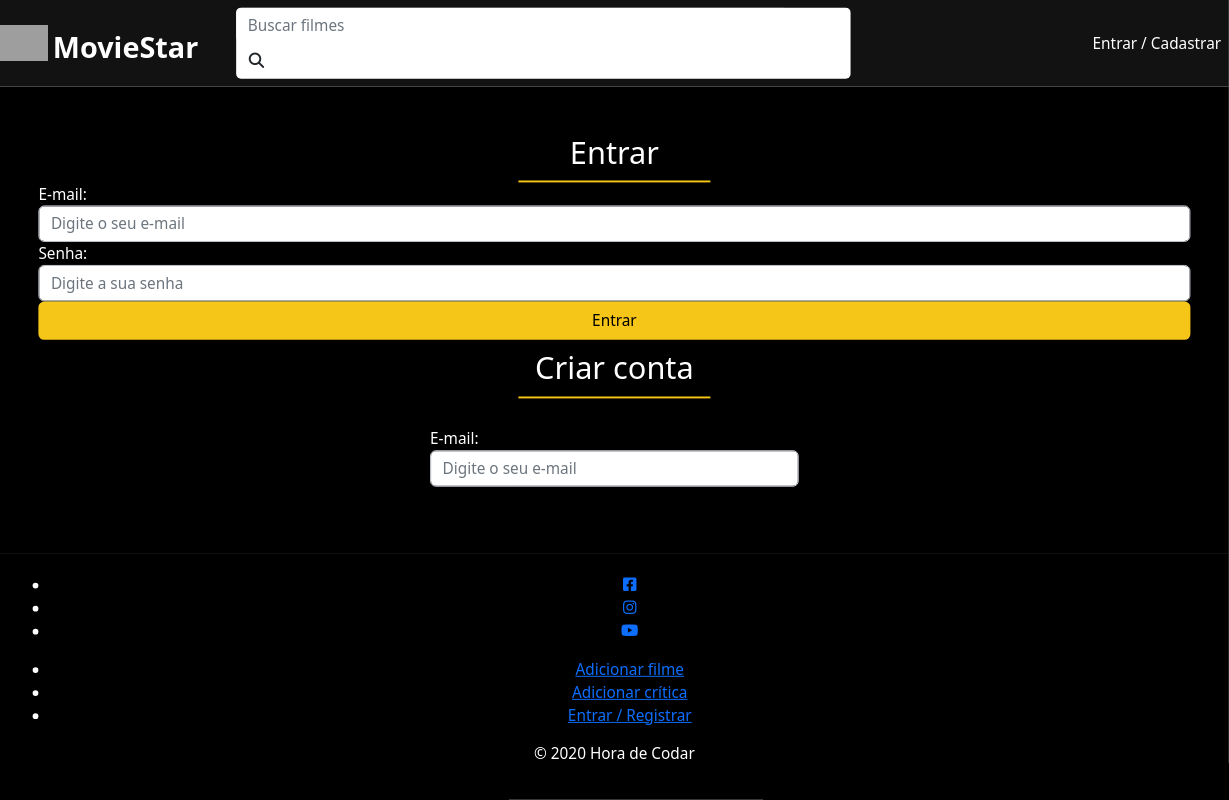
Repository: YuriSarmanho/PHPcourse
Page: http://localhost/auth.php
An editor plug-in stored every save of this project. The page is shown before and after a run of saves, followed by the edit.
The browser window is 1280 px wide. The pictures show the whole page, at 96% of full size.
Pictures or frames that could not be fetched are drawn as grey boxes. Some web libraries are served in a nearby version. The page is run by PHP 8.4 with error messages shown; the project is at /var/www/html/.

Above is the page before, as saved 2022-08-28 21:05:10.

### 19_movieStar/auth.php
<?php
    require_once("templates/header.php");
?>

<div id="main-container" class="container-fluid">
    <div class="col-md-12">
        <div class="row" id="auth-row">
            <div class="col-md-4" id="login-container">
                <h2>Entrar</h2>
            </div>
            <form action="" method="POST">
                <input type="hidden" name="type" value="login">
                <div class="form-group">
                    <label for="email">E-mail:</label>
                    <input type="email" class="form-control" id="email" name="email" placeholder="Digite o seu e-mail">
                </div>
                <div class="form-group">
                    <label for="password">Senha:</label>
                    <input type="password" class="form-control" id="password" name="password" placeholder="Digite a sua senha">
                </div>
                <input type="submit" class="btn card-btn" value="Entrar">
            </form>

            <div class="col-md-4" id="register-container">
                <h2>Criar conta</h2>
                <form action="" method="POST">
                    <input type="hidden" name="type" value="register">
                    <div class="form-group">
                        <label for="email">E-mail:</label>
                        <input type="email" class="form-control" id="email" name="email" placeholder="Digite o seu e-mail">
                    </div>
                </form>
            </div>

        </div>
    </div>
</div>

<?php
    require_once("templates/footer.php");
?>

### 19_movieStar/templates/header.php
<?php
    require_once("globals.php");
    require_once("db.php");

    $flassMessage = [];
?>

<!DOCTYPE html>
<html lang="en">
<head>
    <meta charset="UTF-8">
    <meta http-equiv="X-UA-Compatible" content="IE=edge">
    <meta name="viewport" content="width=device-width, initial-scale=1.0">
    <title>MovieStar</title>
    <link rel="short icon" href="<?=$BASE_URL?>img/moviestar.ico">
    <!-- Bootstrap -->
    <link rel="stylesheet" href="https://cdnjs.cloudflare.com/ajax/libs/twitter-bootstrap/5.2.0/css/bootstrap.css" integrity="sha512-h1rwF0uB6r2IuEZcyjPrR53bBKN9Wb4yL+w3Rdlzmc3CkBF1gMSFvQIIstnu4bEtYDaKca5ke5S8UBAACRImyg==" crossorigin="anonymous" referrerpolicy="no-referrer" />
    <!-- Font Awesome-->
    <link rel="stylesheet" href="https://cdnjs.cloudflare.com/ajax/libs/font-awesome/6.1.2/css/all.min.css" integrity="sha512-1sCRPdkRXhBV2PBLUdRb4tMg1w2YPf37qatUFeS7zlBy7jJI8Lf4VHwWfZZfpXtYSLy85pkm9GaYVYMfw5BC1A==" crossorigin="anonymous" referrerpolicy="no-referrer" />
    <!-- CSS do projeto -->
    <link rel="stylesheet" href="<?=$BASE_URL?> css/styles.css">
</head>
<body>
    <header>
        <nav id="main-navbar" class="navbar navbar-expand-lg">
            <a href="<?=$BASE_URL?>" class="navbar-brand">
                <img src="<?$BASE_URL?>img/logo.svg" alt="MovieStar" id="logo">
                <spam id="moviestar-title">MovieStar</spam>
            </a>
            <button class="navbar-toggler" type="button" data-toggler="collapse"
            data-target="#navbar" aria-controls="navbar" aria-expanded="false" aria-label="Toggle
            navgation">
                <i class="fas fa-bars"></i>
            </button>
            <form action="" method="GET" id="search-form" class="form-inline my-2 my-lg-0">
                <input type="text" name="q" id="search" class="form-control mr-sm-2" type="search"
                placeholder="Buscar filmes" aria-label="Search">
                <button class="btn my-2 my-sm-0" type="submit">
                    <i class="fas fa-search"></i>
                </button>
            </form>
            <div class="collapse navbar-collapse" id="navbar">
                <ul class="navbar-nav">
                    <li class="nav-item">
                        <a href="<?=$BASE_URL?>auth.php" class="nav-link">Entrar / Cadastrar</a>
                    </li>
                </ul>
            </div>
        </nav>
    </header>
    <?php if(!empty($flassMessage["msg"])):?>
        <div class="msg-container">
            <p class="msg <?=$flassMessage["type"]?>"><?=$flassMessage["msg"]?></p>
        </div>
    <?php endif; ?>

### 19_movieStar/globals.php
<?php
    session_start();

    $BASE_URL = "http://" . $_SERVER["SERVER_NAME"] . dirname($_SERVER["REQUEST_URI"]."?");

### 19_movieStar/db.php
<?php

    $db_name = "moviestar";
    $db_host = "localhost";
    $db_user = "root";
    $db_pass = "";

    $conn = new PDO("mysql:dbname=".$db_name .";host=". $db_host, $db_user, $db_pass);

    $conn->setAttribute(PDO::ATTR_ERRMODE, PDO::ERRMODE_EXCEPTION);
    $conn->setAttribute(PDO::ATTR_EMULATE_PREPARES,false);

### 19_movieStar/templates/footer.php
<footer id="footer">
        <div class="social-container">
            <ul>
                <li>
                    <a href="#"><i class="fab fa-facebook-square"></i></a>
                </li>
                <li>
                    <a href="#"><i class="fab fa-instagram"></i></a>
                </li>
                <li>
                    <a href="#"><i class="fab fa-youtube"></i></a>
                </li>
            </ul>
        </div>
        <div class="footer-links-container">
            <ul>
                <li><a href="#">Adicionar filme</a></li>
                <li><a href="#">Adicionar crítica</a></li>
                <li><a href="#">Entrar / Registrar</a></li>
            </ul>
        </div>
        <p>&copy; 2020 Hora de Codar</p>
    </footer>

<!-- Bootstrap JS-->
    <script src="https://cdnjs.cloudflare.com/ajax/libs/twitter-bootstrap/5.2.0/js/bootstrap.js" integrity="sha512-39Q5Yw4jtWPVkYu5Dry3HiRh6DWG4FDODb/rHF+X2Xp0kzhg9VgTyYV209uQ/EsqPDP/4dDvwm1rb8JgnAkHNg==" crossorigin="anonymous" referrerpolicy="no-referrer"></script>
    <script src="https://cdnjs.cloudflare.com/ajax/libs/jquery/3.6.0/jquery.min.js" integrity="sha512-894YE6QWD5I59HgZOGReFYm4dnWc1Qt5NtvYSaNcOP+u1T9qYdvdihz0PPSiiqn/+/3e7Jo4EaG7TubfWGUrMQ==" crossorigin="anonymous" referrerpolicy="no-referrer"></script>
</body>
</html>

### 19_movieStar/css/styles.css
/* Navbar */
.navbar-brand {
  position: relative;
}

#logo {
  width: 50px;
}

#moviestar-title {
  color: #FFF;
  position: absolute;
  bottom: -2px;
  font-size: 30px;
  left: 55px;
  font-weight: bold;
}

#main-navbar {
  background-color: #121212;
}

#search-form {
  margin: 0 auto;
  background-color: #FFF;
  border-radius: 5px;
  width: 50%;
  margin-left: 180px;
}

#search-form .form-control {
  border: none;
  width: 90%;
  box-shadow: none;
}

#navbar {
  min-width: 30%;
}

.navbar-nav {
  justify-content: flex-end;
  width: 100%;
}

.navbar-nav .nav-item .nav-link {
  color: #FFF;
  transition: .5s;
}

.navbar-nav .nav-item .nav-link:hover {
  color: #999;
}

.bold {
  font-weight: bold;
}

.msg-container {
  background-color: #000;
  padding: 15px;
}

.msg {
  width: 60%;
  margin: 0 auto;
  padding: 10px;
  border: solid 1px #000;
  text-align: center;
}

.msg.error {
  color: #842029;
  background-color: #F8D7DA;
  border-color: #F5C2C7;
}

.msg.success {
  color: #0F5132;
  background-color: #D1E7DD;
  border-color: #BADBCC;
}

/* Home */
#main-container {
  background-color: #000;
  color: #FFF;
  min-height: 65vh;
  padding: 40px;
}

.section-title {
  font-size: 24px;
  border-left: 4px solid #F5C518;
  padding-left: 12px;
  margin-top: 20px;
}

.section-description {
  color: #CCC;
  font-size: 18px;
}

.movies-container {
  display: flex;
  flex-wrap: wrap;
  margin: 0 -15px;
}

.movie-card {
  background-color: #1A1A1A;
  width: 18%;
  margin-bottom: 30px;
  margin-left: 1%;
  margin-right: 1%;
}

.movie-card .card-img-top {
  height: 300px;
  width: 100%;
  background-size: cover;
  background-position: center;
}

.card-title {
  height: 3rem;
}

.card-title a {
  font-size: 16px;
  color: #FFF;
}

.fas.fa-star {
  color: #F5C518;
}

.rating {
  color: #CCC;
}

.rate-btn {
  margin-bottom: 15px;
  color: #5799EF;
  background-color: #333;
  border-color: #333;
  width: 100%;
  font-weight: bold;
}

.rate-btn:hover {
  background-color: #444;
  border-color: #444;
}

.empty-list {
  text-align: center;
  font-size: 18px;
  width: 100%;
  font-weight: bold;
}

/* Login / Register */
#auth-row {
  justify-content: space-evenly;
}

#login-container h2,
#register-container h2 {
  text-align: center;
  border-bottom: 2px solid #F5C518;
  width: 200px;
  margin: 0 auto;
  padding: 10px;
}

#login-container form,
#register-container form {
  max-width: 400px;
  margin: 30px auto;
}

.card-btn {
  color: #000;
  background-color: #F5C518;
  border: 2px solid #F5C518;
  width: 100%;
}

.card-btn:hover {
  background-color: transparent;
  color: #F5C518;
  border-color: #F5C518;
}

/* Edit Profile */
#profile-image-container,
.profile-image-container {
  width: 150px;
  height: 150px;
  border: 6px solid #F5C518;
  border-radius: 100%;
  background-size: cover;
  background-position: center;
  margin: 15px auto;
}

.profile-image-container {
  width: 70px;
  height: 70px;
}

.page-description {
  color: #999;
}

#bio {
  max-width: 400px;
}

.form-control.disabled {
  background-color: #BBB;
}

#change-password-container {
  margin-top: 30px;
}

.edit-profile-page .card-btn,
#add-movie-container .card-btn,
#review-form .card-btn,
#edit-movie-form .card-btn {
  width: auto;
}

/* Profile */
.profile-container {
  justify-content: center;
}

.profile-container .profile-image {
  margin: 20px auto;
}

.about-title {
  color: #CCC;
}

.profile-description {
  max-width: 500px;
  margin: 20px auto;
}

.added-movies-container,
.about-container {
  padding-top: 20px;
}

.about-container {
  text-align: center;
  background-color: #333;
  border-bottom: 3px solid #CCC;
}

.added-movies-container {
  background-color: #333;
}

.added-movies-container .movies-container {
  padding: 20px;
}

.added-movies-container .movie-card {
  width: 31%;
}

/* New Movie */
.new-movie-container {
  text-align: center;
}

#add-movie-form {
  text-align: left;
}

.movie-image-container {
  height: 400px;
  min-width: 200px;
  background-position: center;
  background-size: cover;
}

.page-title:after {
  content: "";
  width: 300px;
  border-bottom: 2px solid #F5C518;
  display: block;
  margin: 0 auto;
  padding-top: 7px;
}

/* Movie */
.movie-container {
  text-align: center;
}

.movie-details {
  margin: 25px 0;
}

.pipe {
  border: 1px solid #333;
  margin: 0 10px;
}

#reviews-title {
  margin-bottom: 25px;
}

#review-form-container {
  background-color: #333;
  padding: 20px;
}

#review-form-container select,
#review-form-container textarea {
  width: 50%;
}

#reviews-container {
  margin-top: 20px;
  padding-top: 20px;
  border-top: 4px solid #F5C518;
}

.review {
  padding: 20px 0;
  border-bottom: 1px solid #333;
}

.author-details-container {
  padding-top: 20px;
}

.author-name a {
  color: #F5C518;
}

.comment-title {
  color: #999;
}

/* Dashboard */
#add-movie-container {
  text-align: right;
}

#movies-dashboard .table {
  color: #FFF;
}

#movies-dashboard .table th {
  border-top: none;
}

#movies-dashboard .table tr {
  padding: 15px 0;
}

.table-movie-title {
  color: #FFF;
  font-weight: bold;
  transition: .5s;
}

.table-movie-title:hover {
  color: #F5C518;
}

.actions-column {
  max-width: 75px;
  text-align: center;
}

.actions-column form {
  display: inline-block;
}

.edit-btn,
.delete-btn {
  padding: 5px 10px;
  border-radius: 5px;
  margin: 0 5px;
  font-weight: bold;
  transition: .5s;
  border: none;
}

.edit-btn {
  background-color: #0DCAF0;
  color: #FFF;
}

.edit-btn:hover {
  background-color: transparent;
  color: #0DCAF0;
  text-decoration: none;
}

.delete-btn {
  background-color: #DC3545;
  color: #FFF;
}

.delete-btn:hover {
  background-color: transparent;
  color: #DC3545;
  text-decoration: none;
}

/* Search */
#search-title {
  font-size: 40px;
}

#search-result,
.back-link {
  color: #F5C518;
}

/* Footer */
#footer {
  background-color: #000;
  color: #FFF;
  text-align: center;
  margin: 0;
  padding: 20px;
}

#social-container ul,
#footer-links-container ul {
  list-style-type: none;
  padding: 0;
}

#social-container li,
#footer-links-container li {
  display: inline-block;
  margin: 0 20px;
}

#social-container li {
  height: 40px;
  width: 40px;
  border-radius: 100%;
  transition: .5s;
  line-height: 3;
}

#social-container li:hover {
  background-color: #333;
}

#social-container a,
#footer-links-container a {
  color: #FFF;
  transition: .5s;
}

#social-container li i {
  font-size: 25px;
}

#footer-links-container {
  margin: 30px 0;
}

/* Responsivo */
@media(max-width: 450px) {

  #main-container {
    padding: 20px;
  }

  /* Home */
  #search-form {
    width: 100%;
    margin-left: 0;
  }

  #search-form .form-control {
    width: 85%;
  }

  .section-title {
    font-size: 2.2rem;
    margin-bottom: 1rem;
  }

  .movies-container {
    padding: 0 15px;
  }

  .movie-card {
    width: 100%;
  }

  .movie-details {
    display: flex;
    flex-direction: column;
  }

  .movie-details span {
    padding-bottom: 8px;
  }

  .pipe {
    display: none;
  }

  .movie-container iframe {
    max-width: 100% !important;
  }

  #reviews-container {
    padding-left: 0;
    padding-right: 0;
  }

  #review-form-container select,
  #review-form-container textarea {
    width: 100%;
  }

  .empty-list {
    margin-top: 20px;
  }

  .msg {
    width: 100%;
  }

  /* Movie */
  .review {
    padding: 0 15px;
  }

  /* Dashboard */
  #movies-dashboard {
    padding: 0;
  }

  .actions-column {
    width: 140px;
  }

  .edit-btn {
    display: block;
    margin-bottom: 10px;
  }

  /* Edit movie */
  .movie-image-container {
    margin-top: 1rem;
  }

  .fas.fa-bars {
    color: #F5C518;
  }

}

After the next 2 saves:
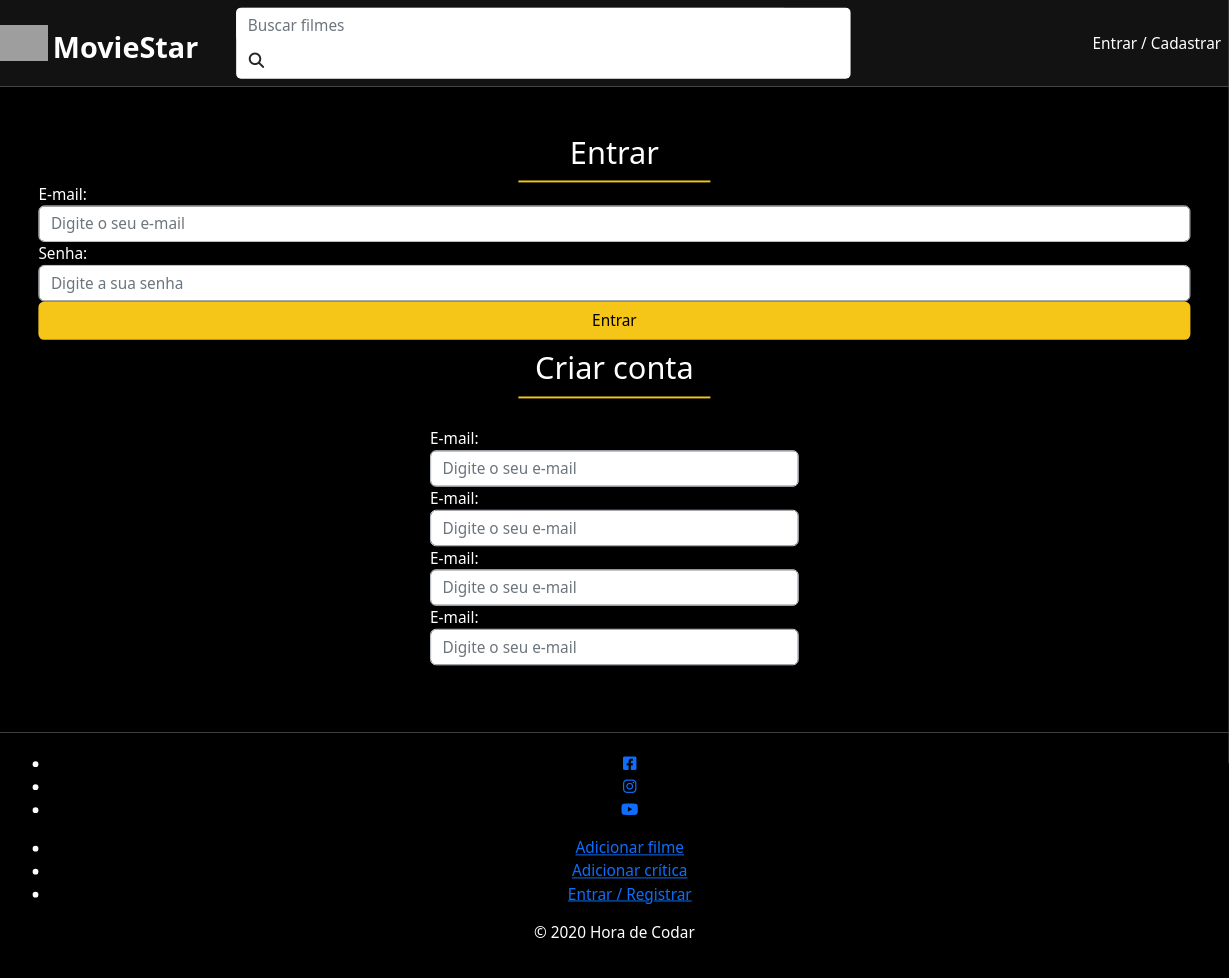
The 2 saves are shown as one change because they came seconds apart.
The last was saved 61 s later.
--- a/19_movieStar/auth.php
+++ b/19_movieStar/auth.php
@@ -29,6 +29,18 @@
                         <label for="email">E-mail:</label>
                         <input type="email" class="form-control" id="email" name="email" placeholder="Digite o seu e-mail">
                     </div>
+                    <div class="form-group">
+                        <label for="email">E-mail:</label>
+                        <input type="email" class="form-control" id="email" name="email" placeholder="Digite o seu e-mail">
+                    </div>
+                    <div class="form-group">
+                        <label for="email">E-mail:</label>
+                        <input type="email" class="form-control" id="email" name="email" placeholder="Digite o seu e-mail">
+                    </div>
+                    <div class="form-group">
+                        <label for="email">E-mail:</label>
+                        <input type="email" class="form-control" id="email" name="email" placeholder="Digite o seu e-mail">
+                    </div>
                 </form>
             </div>
 
